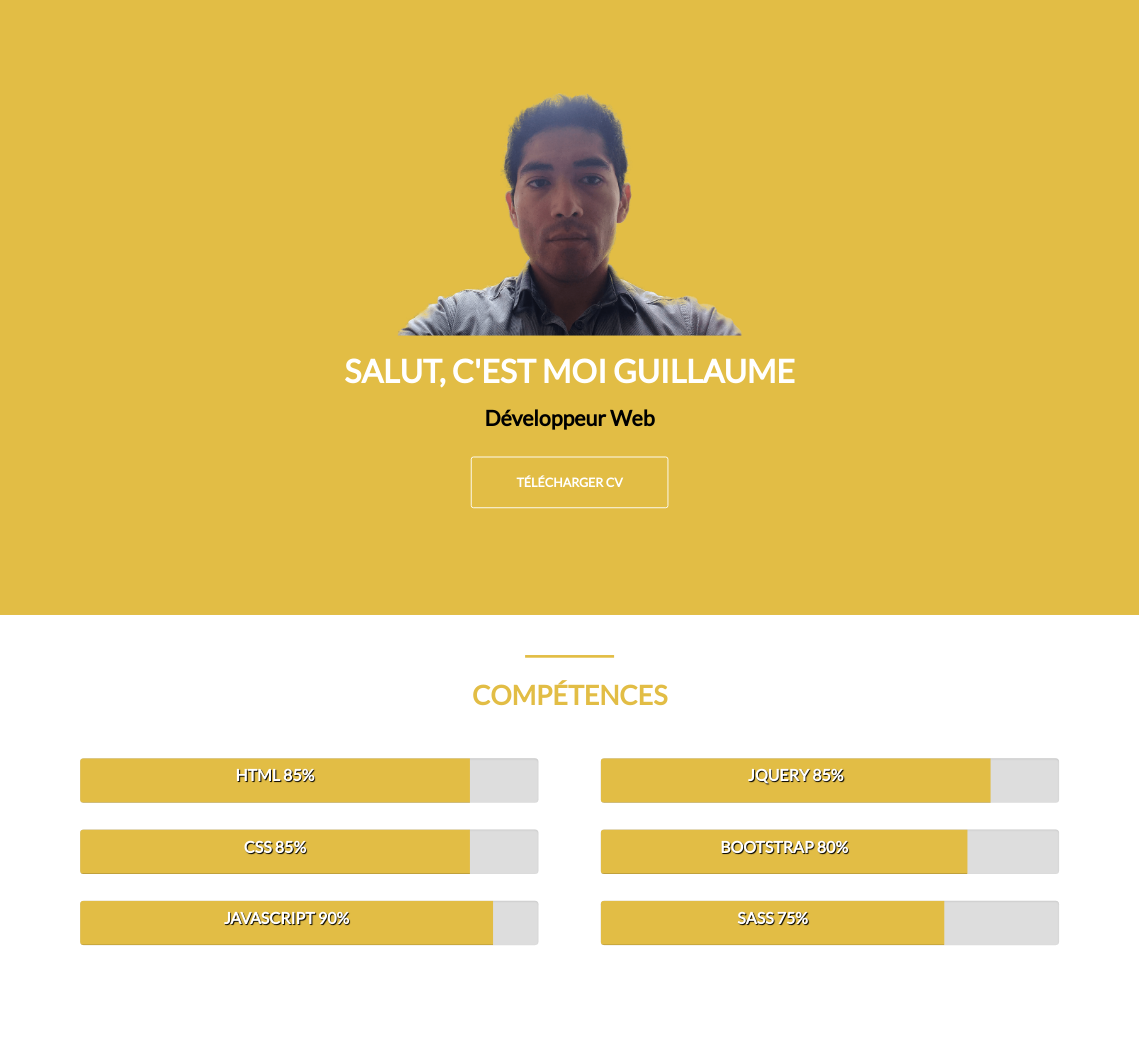
Repository: 0Memo/mon-cv
Page: index.html
The author's editor kept a copy of each file at every save. The page is drawn from the files as they stood at one save, then again after the next save.
The browser window is 1280 px wide. The pictures show the whole page, at 89% of full size.

Above is the page before, as saved 2020-12-28 21:17:45.

### index.html
<!DOCTYPE html>
<html lang="en">
    <head>
        <meta charset="UTF-8">
        <meta name="viewport" content="width=device-width, initial-scale=1.0">
        <meta name="description" content="Voici mon cv, vous pourrez découvrir mon parcours de formation, et mes expériences professionnelles">
        <meta name="author" content="Guillaume Mehats">
        <title>Mon CV</title>
        <link rel="preconnect" href="https://fonts.gstatic.com">
        <link href="https://fonts.googleapis.com/css2?family=Lato&display=swap" rel="stylesheet">
        <link rel="stylesheet" href="css/bootstrap.min.css">
        <link rel="stylesheet" href="css/styles.css">
        <link rel="shortcut icon" href="img/colombia.png">
    </head>
    <body>
        <section id="about" class="container-fluid">
            <div class="col-xs-8 col-md-4 profile-picture">
                <img src="img/photo.png" alt="Guillaume" class="rounded-circle">
            </div>
            <div class="heading">
                <h1>Salut, c'est moi Guillaume</h1>
                <h3>Développeur Web</h3>
                <a href="docs/CV_Guillaume_Mehats.pdf" class="button1">Télécharger CV</a>
            </div>
        </section>

        <section id="skills">
            <div class="yellow-divider">
            </div>
            <div class="heading">
                <h2>Compétences</h2>
            </div>
            <div class="container">
                <div class="row">
                    <div class="col-md-6">
                        <div class="progress">
                            <div class="progress-bar" role="progressbar" aria-valuenow="85" aria-valuemin="0" aria-valuemax="100" style="width:85%">
                                <h5>HTML 85%</h5>
                            </div>
                        </div>
                        <div class="progress">
                            <div class="progress-bar" role="progressbar" aria-valuenow="85" aria-valuemin="0" aria-valuemax="100" style="width:85%">
                                <h5>CSS 85%</h5>
                            </div>
                        </div>
                        <div class="progress">
                            <div class="progress-bar" role="progressbar" aria-valuenow="90" aria-valuemin="0" aria-valuemax="100" style="width:90%">
                                <h5>JAVASCRIPT 90%</h5>
                            </div>
                        </div>
                    </div>
                    <div class="col-md-6">
                        <div class="progress">
                            <div class="progress-bar" role="progressbar" aria-valuenow="85" aria-valuemin="0" aria-valuemax="100" style="width:85%">
                                <h5>JQUERY 85%</h5>
                            </div>
                        </div>
                        <div class="progress">
                            <div class="progress-bar" role="progressbar" aria-valuenow="80" aria-valuemin="0" aria-valuemax="100" style="width:80%">
                                <h5>BOOTSTRAP 80%</h5>
                            </div>
                        </div>
                        <div class="progress">
                            <div class="progress-bar" role="progressbar" aria-valuenow="75" aria-valuemin="0" aria-valuemax="100" style="width:75%">
                                <h5>SASS 75%</h5>
                            </div>
                        </div>
                    </div>
                </div>
            </div>
        </section>


        <script src="js/jquery-3.5.1.min.js"></script>
        <script src="https://cdn.jsdelivr.net/npm/popper.js@1.16.0/dist/umd/popper.min.js" integrity="sha384-Q6E9RHvbIyZFJoft+2mJbHaEWldlvI9IOYy5n3zV9zzTtmI3UksdQRVvoxMfooAo" crossorigin="anonymous"></script>
        <script src="js/bootstrap.min.js"></script>
        <script src="js/script.js"></script>
    </body>
</html>

### css/styles.css
body {
    font-family: 'Lato', sans-serif;
}

h1, h2, h3, h4, h5, h6 {
    font-weight: bold;
}


.profile-picture {
    text-align: center;
    margin: 0 auto;
    float: none;
}

img {
    max-width: 100%;
    height: auto;
}

section {
    padding: 45px 0 80px 0;
}

#about {
    padding-top: 100px;
    background: #e2bd45;
}

#about  .heading {
    text-align: center;
    padding-bottom: 40px;
}

#about .heading h1 {
    color: #fff;
    text-transform: uppercase;
}

#about .heading h3 {
    color: #000;
}

#about .heading .button1 {
    color: #fff;
    font-weight: bold;
    text-transform: uppercase;
    border: 1px solid #fff;
    margin-top: 20px;
    display: inline-block;
    padding: 18px 50px;
    border-radius: 3px;
    transition: all 0.3s ease-in 0s;
}

#about .heading .button1:hover {
    text-decoration: none;
    background: #fff;
    color: #e2bd45;
}

#skills {
    background: #fff;
}

#skills .yellow-divider {
    width: 100px;
    height: 3px;
    background: #e2bd45;
    margin: 0 auto;
}

#skills .heading h2 {
    color: #e2bd45;
    text-align: center;
    text-transform: uppercase;
    margin: 25px;
}

#skills .progress {
    margin: 30px 20px;
    height: 50px;
    background: #ddd;
}

#skills .progress .progress-bar {
    background: #e2bd45;
}


#skills .progress .progress-bar h5 {
    text-shadow: 1px 1px 1px #000;
    font-size: 18px;
    line-height: 18px;
}

Loaded but not shown: css/bootstrap.min.css (library); js/jquery-3.5.1.min.js (library); js/bootstrap.min.js (library); js/script.js (no copy from this time; the picture is the same without it)

After the next save:
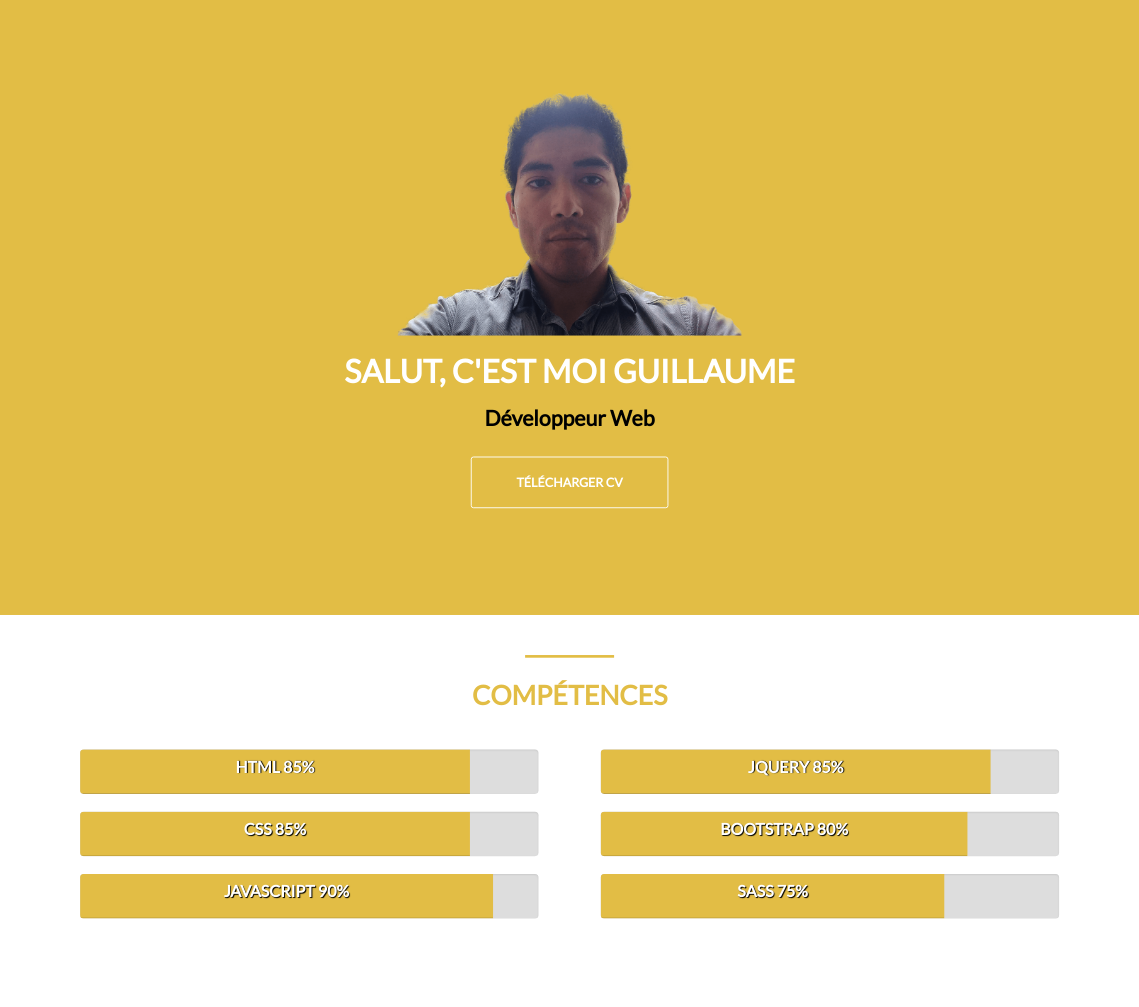
Saved 4 min 54 s later.
--- a/css/styles.css
+++ b/css/styles.css
@@ -78,7 +78,7 @@
 }
 
 #skills .progress {
-    margin: 30px 20px;
+    margin: 20px 20px;
     height: 50px;
     background: #ddd;
 }

After the save that followed:
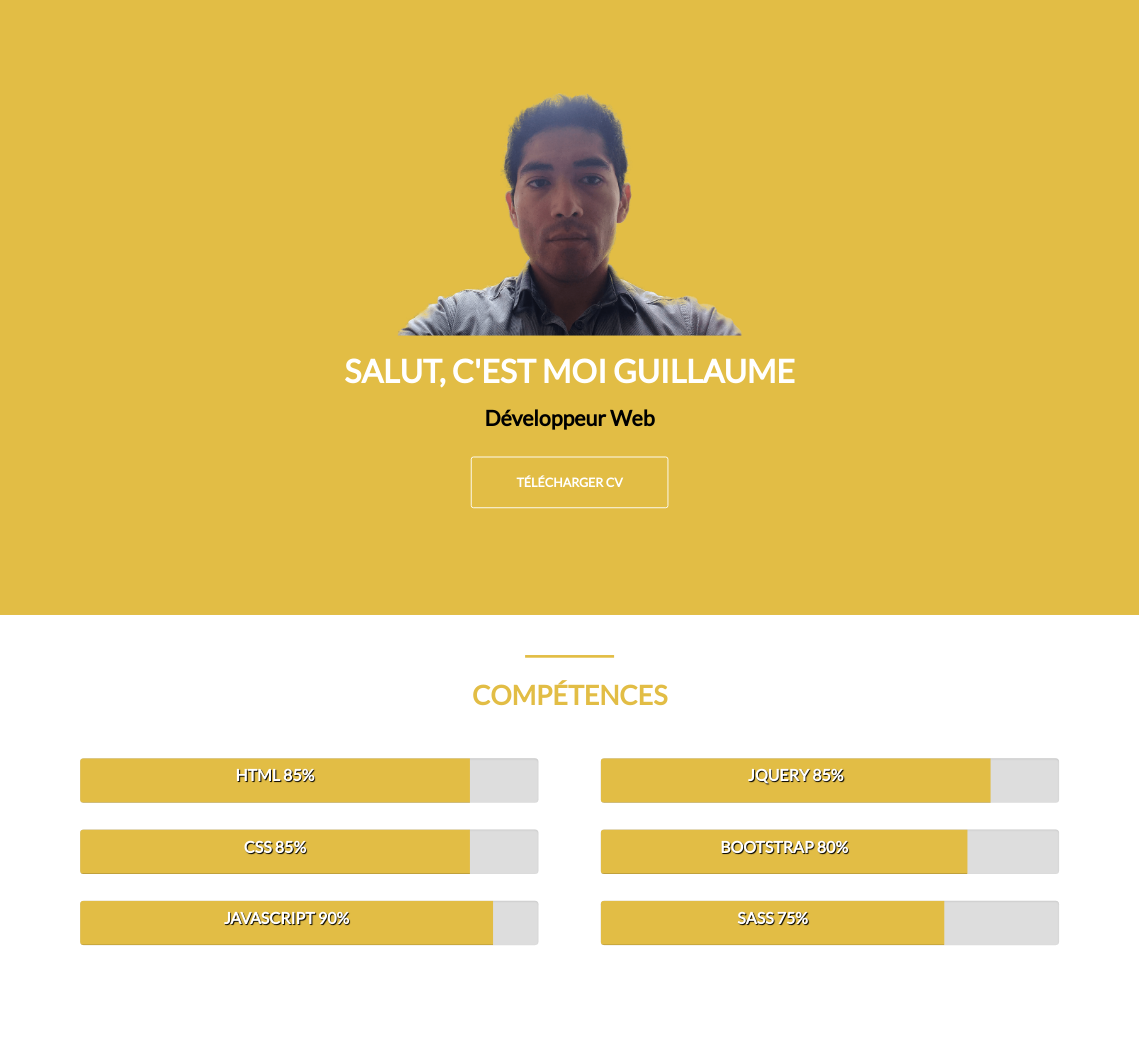
Saved 13 s later.
--- a/css/styles.css
+++ b/css/styles.css
@@ -78,7 +78,7 @@
 }
 
 #skills .progress {
-    margin: 20px 20px;
+    margin: 30px 20px;
     height: 50px;
     background: #ddd;
 }
